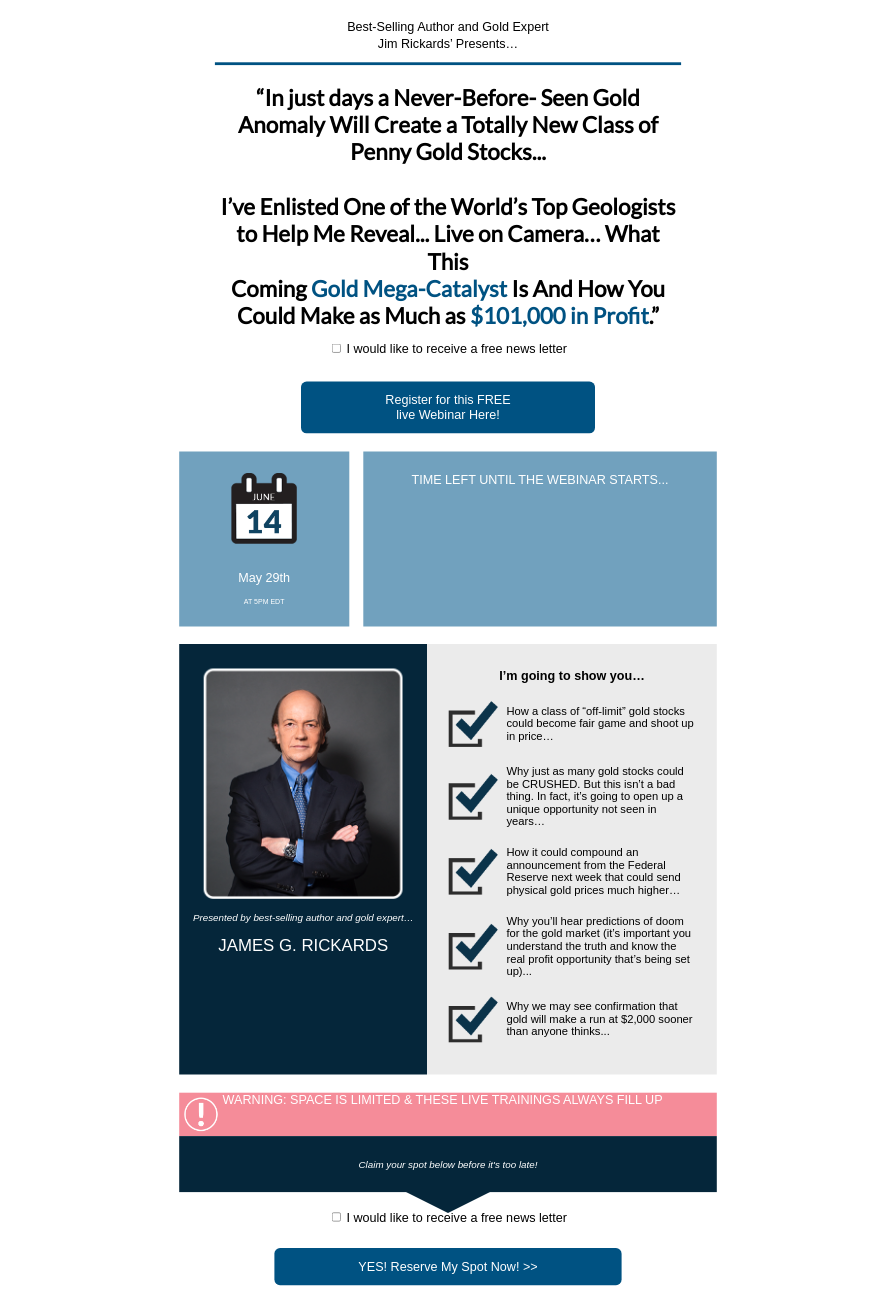
Repository: KrystellBarraza/Test
Page: index.html
The author's editor kept a copy of each file at every save. The page is drawn from the files as they stood at one save, then again after the next save.
The browser window is 1280 px wide. The pictures show the whole page, at 70% of full size.

Above is the page before, as saved 2019-10-07 10:35:38.

### index.html
<!DOCTYPE <!DOCTYPE html>
<!--[if lt IE 7]>      <html class="no-js lt-ie9 lt-ie8 lt-ie7"> <![endif]-->
<!--[if IE 7]>         <html class="no-js lt-ie9 lt-ie8"> <![endif]-->
<!--[if IE 8]>         <html class="no-js lt-ie9"> <![endif]-->
<!--[if gt IE 8]><!--> <html class="no-js"> <!--<![endif]-->
    <head>
        <meta charset="utf-8">
        <meta http-equiv="X-UA-Compatible" content="IE=edge">
        <title>Newsletter Offer</title>
        <meta name="description" content="Newsletter">
        <meta name="viewport" content="width=device-width, initial-scale=1">
        <link href="https://fonts.googleapis.com/css?family=Lato&display=swap" rel="stylesheet">
        <link rel="stylesheet" href="style.css">
    </head>
    <body>
        <div class="container-top">
            <div class="header">
                <p>Best-Selling Author and Gold Expert<br> Jim Rickards’ Presents…</p>
            </div>

            <div class="content">
                <hr style="border: 2px solid #005282">
                <br>

                <h1>“In just days a Never-Before- Seen Gold Anomaly
                    Will Create a Totally New Class of Penny Gold Stocks...
                    <br>
                    <br>
                    I’ve Enlisted One of the World’s Top Geologists
                    to Help Me Reveal... Live on Camera… What This<br>
                    Coming <span class="highlight">Gold Mega-Catalyst</span> Is And How You Could Make
                    as Much as <span class="highlight">$101,000 in Profit</span>.”
                </h1>
                <br>

                <input type="checkbox" name="signup" value="yes"><span style="font-size: 18px; font-family: arial, sans-serif;"> I would like to receive a free news letter</span><br>
                <br>
                <br>
                <div class="button-container">
                    <button class="button button-top"><span style="font-size: 18px; font-family: arial, sans-serif; font-weight: 500;">Register for this FREE <br>live Webinar Here!</span></button>
                </div>
            </div>
        </div>

        <div class="container-middle">
            <div class="blocks blocks-left">
                <img src="images/Calendar.png">
                <br>
                <br>
                <br>
                <p style="color: #fff; font-weight: 500;">May 29th</p>
                <br>
                <span style="font-size: 10px; font-family: arial, sans-serif; text-transform: uppercase;">at 5PM EDT</span>
            </div>

            <div class="blocks blocks-right">
                <p style="color: #fff;">TIME LEFT UNTIL THE WEBINAR STARTS...</p>
            </div>
        </div>

        <div class="container-bottom">
            <div class="block-left">
                <img src="images/JimRickards.png">
                <br>
                <br>
                <p style="color: #fff; font-size: 14px; font-style: italic;">Presented by best-selling author and gold expert…</p>
                <br>
                <p style="color: #fff; font-size: 24px;">JAMES G. RICKARDS</p>
            </div>

            <div class="block-right">
                <p style="text-align: center; font-weight: bold;">I’m going to show you…</p>

                <table>
                    <tr>
                        <td><img src="images/checkmark.png"></td>
                        <td><p style="font-size: 16px;">How a class of “off-limit” gold stocks could become fair game and shoot up in price…</p></td>
                    </tr>

                    <tr>
                        <td><img src="images/checkmark.png"></td>
                        <td><p style="font-size: 16px;">Why just as many gold stocks could be CRUSHED. But this isn’t a bad thing.
                        In fact, it’s going to open up a unique opportunity not seen in years…</p></td>
                    </tr>

                    <tr>
                        <td><img src="images/checkmark.png"></td>
                        <td><p style="font-size: 16px;">How it could compound an announcement from the Federal Reserve next week
                        that could send physical gold prices much higher…</p></td>
                    </tr>

                    <tr>
                        <td><img src="images/checkmark.png"></td>
                        <td><p style="font-size: 16px;">Why you’ll hear predictions of doom for the gold market (it’s important you
                        understand the truth and know the real profit opportunity that’s being set up)...</p></td>
                    </tr>

                    <tr>
                        <td><img src="images/checkmark.png"></td>
                        <td><p style="font-size: 16px;">Why we may see confirmation that gold will make a run at $2,000 sooner than
                        anyone thinks...</p></td>
                    </tr>
                </table>
            </div>

        </div>

        <div class="container-footer">
            <div class="warning">
                <img src="images/exclamation.png" class="exclamation-mark"/>
                <p style="color: #fff;">WARNING: SPACE IS LIMITED & THESE LIVE TRAININGS ALWAYS FILL UP</p>
            </div>

            <div class="claim">
                <p style="color: #fff; font-size: 14px; font-style: italic;">Claim your spot below before it's too late!</p>
            </div>

            <div class="checkbox">
                <input type="checkbox" name="signup" value="yes"><span style="font-size: 18px; font-family: arial, sans-serif;"> I would like to receive a free news letter</span><br>
            </div>

            <div class="closing-button">
                <button class="button button-top"><span style="font-size: 18px; font-family: arial, sans-serif; font-weight: 500;">YES! Reserve My Spot Now! >></span></button>
            </div>

            <div class="footer">
                <br>
                <br>
            </div>
        </div>

        <script src="app.js" async defer></script>
    </body>
</html>

### style.css
* {
    box-sizing: border-box;
}

html {
    scroll-behavior: smooth;
}

body {
    margin: 0;
    background-color: #fff;
}

p {
    font-family: arial, sans-serif;
    color: #000;
    margin: 0;
    font-size: 18px;
}

h1 {
    font-family: "Lato", sans-serif;
    margin: 0;
}

/* Container - Top */

.container-top {
    display: grid;
    grid-template-columns: repeat(12, 1fr);
    grid-template-rows: auto 1fr 1fr;
    grid-gap: 5px;
    grid-column-gap: 20px;
    padding-left: 24%;
    padding-right: 24%;
    padding-top: 2%;
    grid-template-areas:
    "h h h h h h h h h h h h"
    "c c c c c c c c c c c c"
    "c c c c c c c c c c c c"
    "c c c c c c c c c c c c"
    "c c c c c c c c c c c c"
    "c c c c c c c c c c c c"
    "c c c c c c c c c c c c";
}

.header {
    grid-area: h;
    text-align: center;
    line-height: 19pt;
}

.content {
    grid-area: c;
    text-align: center;
}

.highlight {
    color: #005282;
}

.button {
    background-color: #005282;
    border: none;
    color: #fff;
    padding-top: 16px;
    padding-bottom: 16px;
    padding-left: 120px;
    padding-right: 120px;
    border-radius: 8px;
}

.button-container {
    align-content: center;
}

@media screen and (max-width: 415px) {
    .container-top {
        display: grid;
        grid-template-columns: repeat(12, 1fr);
        grid-template-rows: auto 1fr 1fr;
        grid-gap: 5px;
        grid-column-gap: 20px;
        padding-left: 8%;
        padding-right: 8%;
        padding-top: 7%;
        grid-template-areas:
        "h h h h h h h h h h h h"
        "c c c c c c c c c c c c"
        "c c c c c c c c c c c c"
        "c c c c c c c c c c c c"
        "c c c c c c c c c c c c"
        "c c c c c c c c c c c c"
        "c c c c c c c c c c c c";
    }

    p {
        font-size: 15px;
    }

    h1 {
        font-size: 24px;
    }

    .button {
        padding-left: 40px;
        padding-right: 40px;
    }
}

/* Container - Middle */

.container-middle {
    display: grid;
    grid-template-columns: repeat(12, 1fr);
    grid-template-rows: auto 1fr 1fr;
    grid-gap: 5px;
    grid-column-gap: 20px;
    padding-left: 20%;
    padding-right: 20%;
    padding-top: 2%;
    grid-template-areas:
    "l l l l r r r r r r r r"
    "l l l l r r r r r r r r"
    "l l l l r r r r r r r r"
    "l l l l r r r r r r r r"
    "l l l l r r r r r r r r";
}

.blocks {
    background-color: #71a1be;
    color: #fff;
    padding-top: 30px;
    padding-bottom: 30px;
}

.blocks-left {
    grid-area: l;
    text-align: center;
}

.blocks-left > img {
    object-fit: contain;
    width: 40%;
}

.blocks-right {
    grid-area: r;
    text-align: center;
}

/* Container - Bottom */

.container-bottom {
    display: grid;
    grid-template-columns: repeat(13, 1fr);
    grid-template-rows: auto 1fr 1fr;
    grid-gap: 5px;
    grid-column-gap: 0px;
    padding-left: 20%;
    padding-right: 20%;
    padding-top: 2%;
    grid-template-areas:
    "b b b b b b g g g g g g g"
    "b b b b b b g g g g g g g"
    "b b b b b b g g g g g g g"
    "b b b b b b g g g g g g g"
    "b b b b b b g g g g g g g";
}

.block-left {
    grid-area: b;
    background-color: #05263a;
    text-align: center;
    padding-top: 35px;
    padding-bottom: 35px;
}

.block-left > img {
    object-fit: contain;
    width: 80%;
}

.block-right {
    grid-area: g;
    background-color: #ebebeb;
    color: #000;
    padding-top: 35px;
    padding-bottom: 35px;
    padding-left: 20px;
    padding-right: 20px;
}

td {
    padding-top: 15px;
}

table {
    border-spacing: 10px 10px;
}

/* Container - Footer */

.container-footer {
    display: grid;
    grid-template-columns: repeat(12, 1fr);
    grid-template-rows: auto 1fr 1fr;
    grid-column-gap: 20px;
    padding-left: 20%;
    padding-right: 20%;
    padding-top: 2%;
    grid-template-areas:
    "p p p p p p p p p p p p"
    "n n n n n n n n n n n n"
    "w w w w w w w w w w w w"
    "s s s s s s s s s s s s"
    "f f f f f f f f f f f f";
}

.warning {
    grid-area: p;
    background-color: #f58c99;
    text-align: center;
    align-content: center;
    display: flex;
}

.exclamation-mark {
    width: 50px;
    margin: 6px;
}

.claim {
    grid-area: n;
    background-color: #05263a;
    text-align: center;
    padding-top: 32px;
    padding-bottom: 32px;
    position: relative;
}

.claim::after {
    content:'';
    position: absolute;
    top: 100%;
    left: 0;
    right: 0;
    margin: 0 auto;
    width: 0;
    height: 0;
    border-top: solid 30px #05263a;
    border-left: solid 60px transparent;
    border-right: solid 60px transparent;
}

.checkbox {
    grid-area: w;
    text-align: center;
    padding-top: 26px;
    padding-bottom: 26px;
}

.closing-button {
    grid-area: s;
    text-align: center;
}

.footer {
    grid-area: f;
}

Loaded but not shown: app.js (no stored copy; drawn as an empty file)

After the next save:
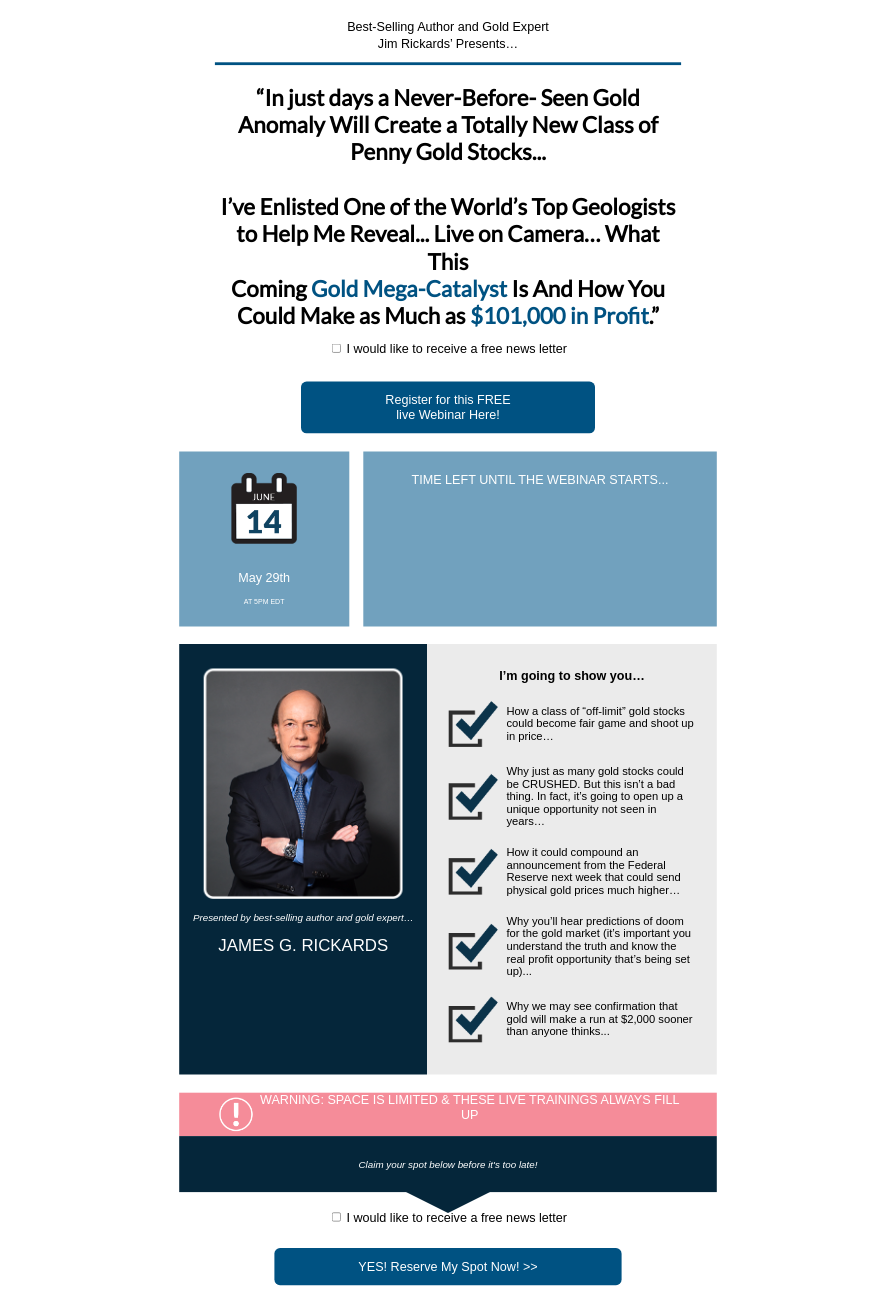
Saved 62 s later.
--- a/style.css
+++ b/style.css
@@ -222,6 +222,8 @@
     background-color: #f58c99;
     text-align: center;
     align-content: center;
+    padding-left: 50px;
+    padding-right: 50px;
     display: flex;
 }
 
